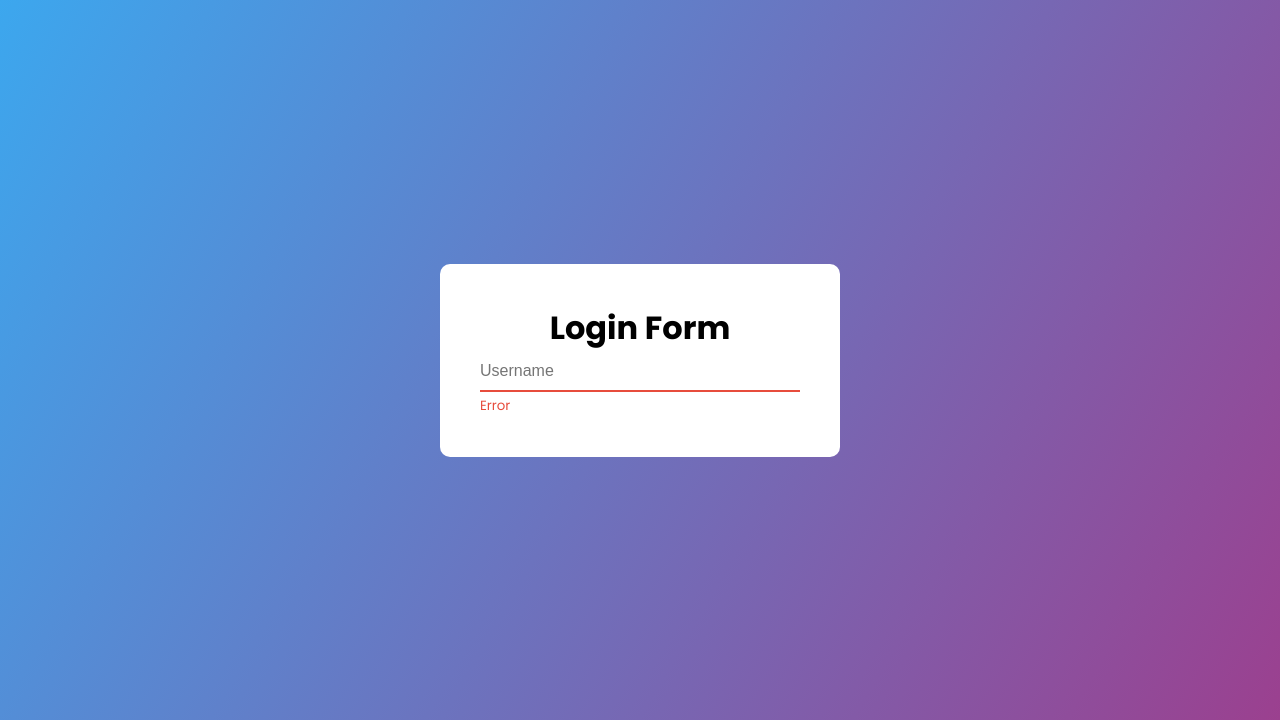
Repository: QUANGTHAI2003/Form-Validation
Page: index.html
The author's editor kept a copy of each file at every save. The page is drawn from the files as they stood at one save, then again after the next save.
The browser window is 1280 px wide. The pictures show the whole page.

Above is the page before, as saved 2022-03-13 14:17:15.

After the next save:
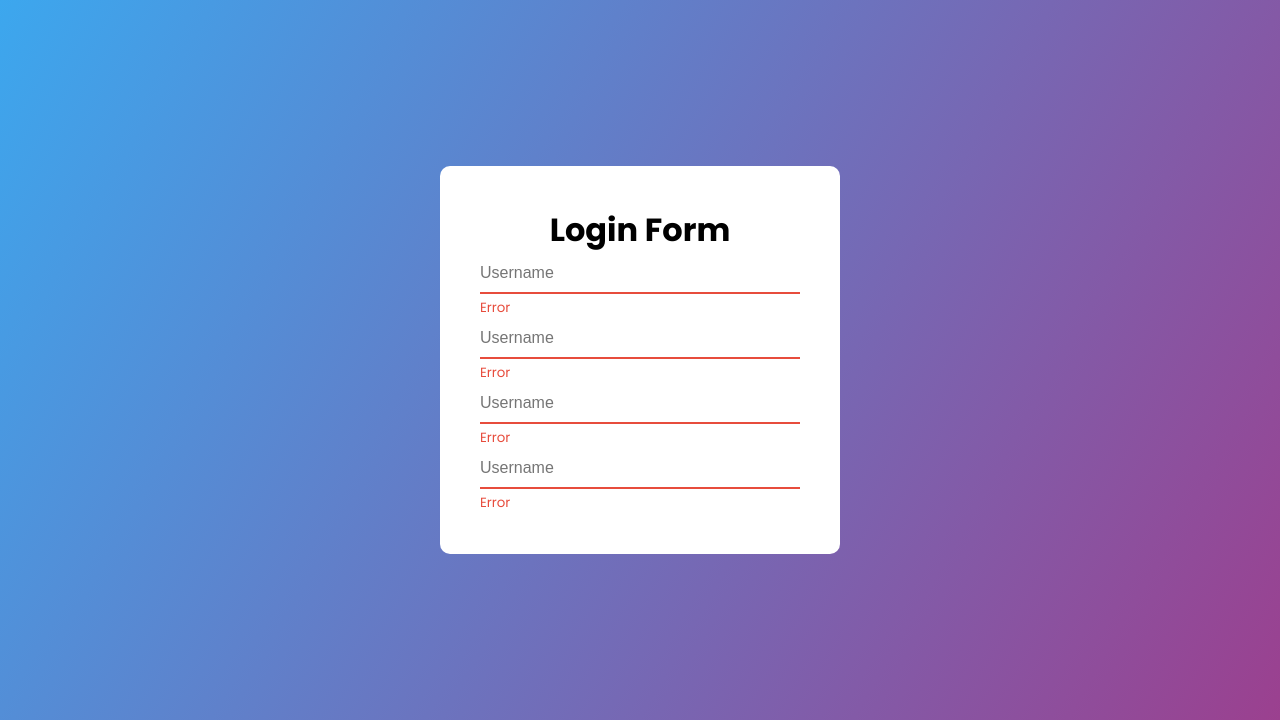
Saved 43 s later.
--- a/index.html
+++ b/index.html
@@ -15,6 +15,21 @@
                 <small>Error</small>
                 <span></span>
             </div>
+            <div class="form-control error">
+                <input type="text" placeholder="Username" />
+                <small>Error</small>
+                <span></span>
+            </div>
+            <div class="form-control error">
+                <input type="text" placeholder="Username" />
+                <small>Error</small>
+                <span></span>
+            </div>
+            <div class="form-control error">
+                <input type="text" placeholder="Username" />
+                <small>Error</small>
+                <span></span>
+            </div>
         </div>
         <script src="./app.js"></script>
     </body>
